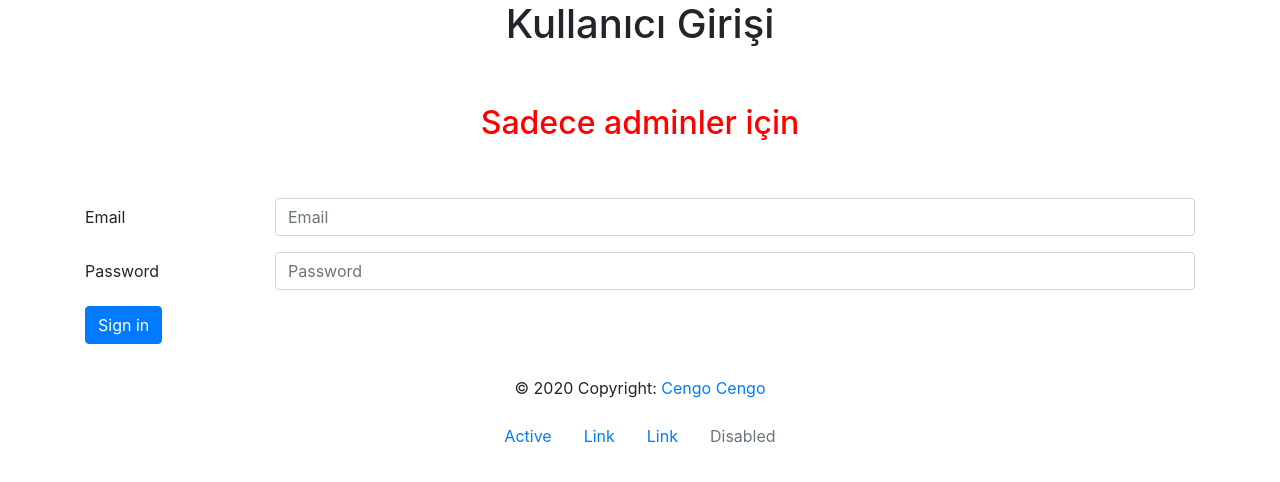
Repository: CengoCengo/NodeBlogCengo
Page: views/admin/signin.ejs
These files come from the project's save history. The page is drawn as it stood at one moment and after the next save; the edit follows.
The browser window is 1280 px wide. The pictures show the whole page.
The page is served by the project's Node server (server.js). Other server files are loaded and not shown. The template is opened directly, without the code that normally fills it, so the values that code supplies are empty.

Above is the page before, as saved 2020-02-26 00:48:18.

### views/admin/signin.ejs
<%- include("../partials/signHead") -%>

    <div class="container">

        <h1 style="text-align: center;">Kullanıcı Girişi</h1>
        <br><br>

        <h2 style="text-align: center; color:red;">Sadece adminler için</h2>
        <br><br>
        <form>
            <div class="form-group row">
              <label for="inputEmail3" class="col-sm-2 col-form-label">Email</label>
              <div class="col-sm-10">
                <input type="email" class="form-control" id="inputEmail3" placeholder="Email" name="username">
              </div>
            </div>
            <div class="form-group row">
              <label for="inputPassword3" class="col-sm-2 col-form-label">Password</label>
              <div class="col-sm-10">
                <input type="password" class="form-control" id="inputPassword3" placeholder="Password">
              </div>
            </div>
            <div class="form-group row">
              <div class="col-sm-10">
                <button type="submit" class="btn btn-primary">Sign in</button>
              </div>
            </div>
          </form>
    </div>

    <%- include("../partials/signFooter") -%>

### views/partials/signHead.ejs
<!DOCTYPE html>
<html lang="en">
<head>
    <meta charset="UTF-8">
    <meta name="viewport" content="width=device-width, initial-scale=1.0">
    <title>SignIn</title>
    <link rel="stylesheet" href="https://stackpath.bootstrapcdn.com/bootstrap/4.3.1/css/bootstrap.min.css" integrity="sha384-ggOyR0iXCbMQv3Xipma34MD+dH/1fQ784/j6cY/iJTQUOhcWr7x9JvoRxT2MZw1T" crossorigin="anonymous">
    <script src="https://code.jquery.com/jquery-3.3.1.slim.min.js" integrity="sha384-q8i/X+965DzO0rT7abK41JStQIAqVgRVzpbzo5smXKp4YfRvH+8abtTE1Pi6jizo" crossorigin="anonymous"></script>
    <script src="https://cdnjs.cloudflare.com/ajax/libs/popper.js/1.14.7/umd/popper.min.js" integrity="sha384-UO2eT0CpHqdSJQ6hJty5KVphtPhzWj9WO1clHTMGa3JDZwrnQq4sF86dIHNDz0W1" crossorigin="anonymous"></script>
    <script src="https://stackpath.bootstrapcdn.com/bootstrap/4.3.1/js/bootstrap.min.js" integrity="sha384-JjSmVgyd0p3pXB1rRibZUAYoIIy6OrQ6VrjIEaFf/nJGzIxFDsf4x0xIM+B07jRM" crossorigin="anonymous"></script>

</head>

<body>

### views/partials/signFooter.ejs



<!-- Footer -->


    <!-- Copyright -->
    <div class="footer-copyright text-center py-3">© 2020 Copyright:
      <a href="/"> Cengo Cengo</a>
    </div>
    <!-- Copyright -->
    <ul class="nav justify-content-center">
        <li class="nav-item">
          <a class="nav-link active" href="#">Active</a>
        </li>
        <li class="nav-item">
          <a class="nav-link" href="#">Link</a>
        </li>
        <li class="nav-item">
          <a class="nav-link" href="#">Link</a>
        </li>
        <li class="nav-item">
          <a class="nav-link disabled" href="#" tabindex="-1" aria-disabled="true">Disabled</a>
        </li>
      </ul>


<!-- Footer -->

</body>

</html>

### server.js
//jshint esversion:6
const express = require("express");
const bodyParser = require("body-parser");
const app = express();
app.use(bodyParser.urlencoded({extended:true}));

//AppRoutes

const indexRoutes = require("./routes/indexRoutes");
const adminRoutes = require("./routes/adminRoutes");


//AppConfig
app.use(express.static("public"))

app.listen(3001, function(){

console.log("Server started on port 3000")

});

//RoutesUsing

app.use(indexRoutes);
app.use(adminRoutes)

const mongoose = require('mongoose');

mongoose.connect("mongodb://127.0.0.1:27017/CengoDB", {useNewUrlParser:true});

// article.save();

After the next save:
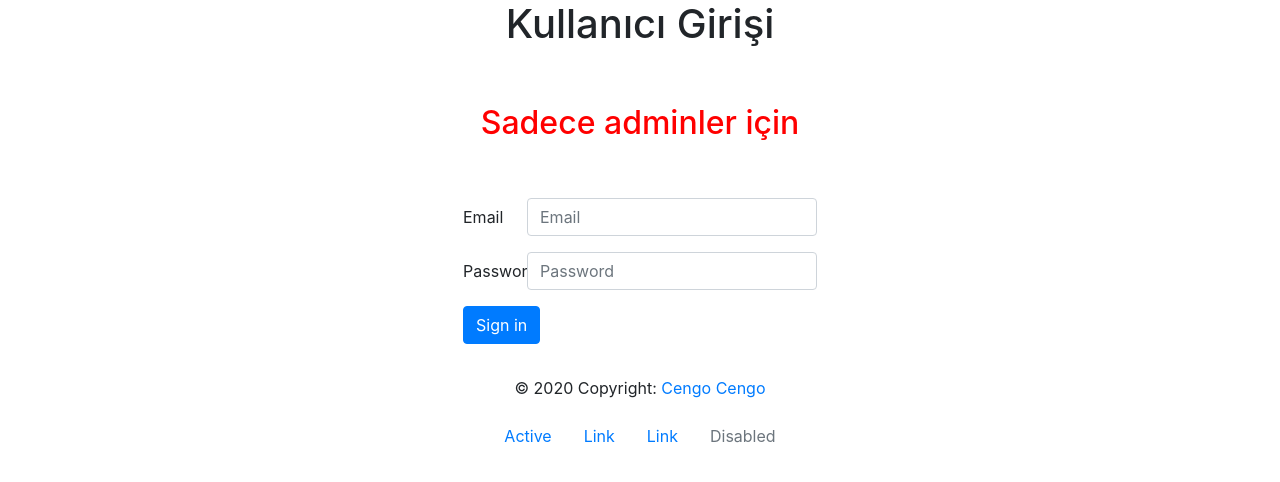
Saved 81 s later.
--- a/views/admin/signin.ejs
+++ b/views/admin/signin.ejs
@@ -1,6 +1,6 @@
 <%- include("../partials/signHead") -%>
 
-    <div class="container">
+    <div class="container" style="width: 30%;">
 
         <h1 style="text-align: center;">Kullanıcı Girişi</h1>
         <br><br>
@@ -9,7 +9,7 @@
         <br><br>
         <form>
             <div class="form-group row">
-              <label for="inputEmail3" class="col-sm-2 col-form-label">Email</label>
+              <label for="inputEmail" class="col-sm-2 col-form-label">Email</label>
               <div class="col-sm-10">
                 <input type="email" class="form-control" id="inputEmail3" placeholder="Email" name="username">
               </div>
@@ -17,7 +17,7 @@
             <div class="form-group row">
               <label for="inputPassword3" class="col-sm-2 col-form-label">Password</label>
               <div class="col-sm-10">
-                <input type="password" class="form-control" id="inputPassword3" placeholder="Password">
+                <input type="password" class="form-control" id="inputPassword" placeholder="Password">
               </div>
             </div>
             <div class="form-group row">
